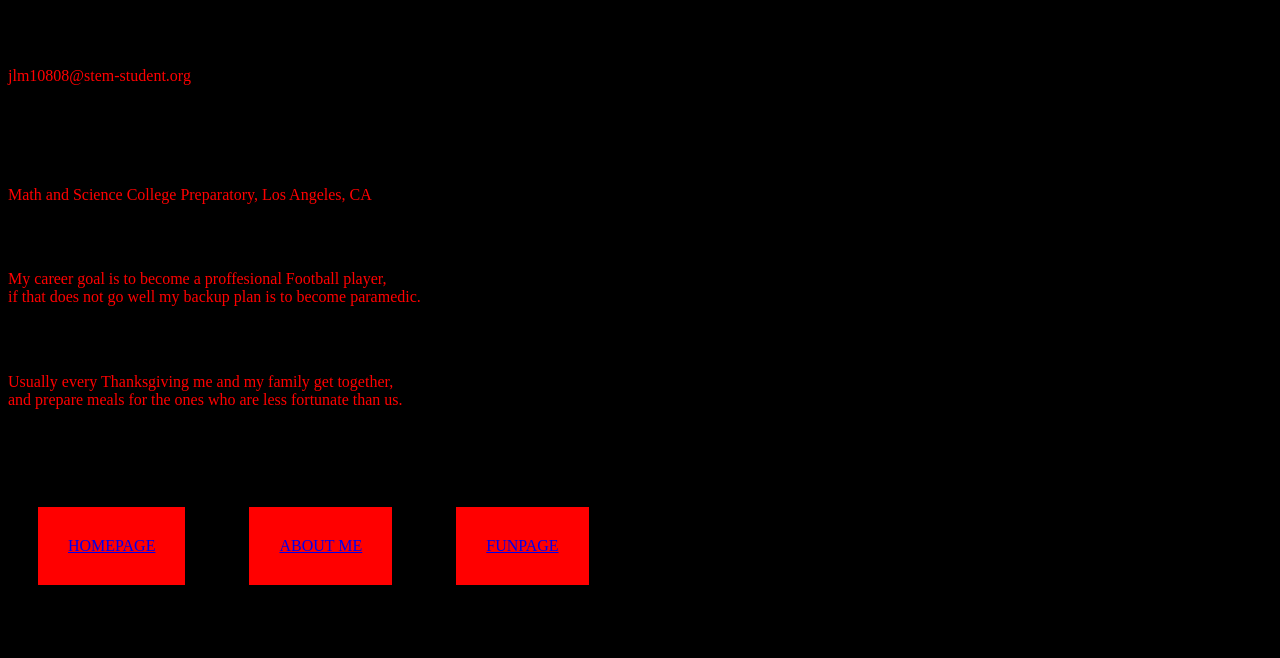
Repository: jlm10808/jlm10808github.io
Page: RESUME.html
The author's editor kept a record of every edit. The page is drawn from the files as they stood at one moment, then again after the next edit.
The browser window is 1280 px wide. The pictures show the whole page.

Above is the page before.

### RESUME.html
<!DOCTYPE html>
<html>
<meta charset="utf-8"/>
<link rel="stylesheet" type="text/css" href="style.css">
</head>
<body>

<h2>CONTACT INFORMATION</h2>
<p>jlm10808@stem-student.org</p><br>

<h2>EDUCATION</h2>
<p>Math and Science College Preparatory, Los Angeles, CA</p>

<h2>CAREER PLAN</h2>
<p>My career goal is to become a proffesional Football player,<br> if that does not go well my backup plan is to become paramedic.</p>

  <h2>VOLUNTEER EXPERIENCE</h2>
  <p>Usually every Thanksgiving me and my family get together,<br> and prepare meals for the ones who are less fortunate than us.</p>


  <ul>
  <li>Electives: Computer Science pathway</li>
  <li>Activities: Basketball Ball, Football</li>
  </ul>

  <div>
  <a href="HOMEPAGE.html">HOMEPAGE</a>
  <a href="ABOUTME.html"> ABOUT ME</a>
  <a href="FUNPAGE.html">FUNPAGE</a>
  </div>
  </body>
  </html>

### style.css


h1 {
    font-family: Impact, Charcoal, sans-serif;
    color: red;
    text-align: center;
}

.link {
    text-align: center;
}

a {
    display: inline-block;
    padding:30px;
    margin:30px;
    background-color:red;
    text-align: center;
}

img {
     margin-right: auto;
     color: red;

}

body {
    background-color:black;
}

p {font-family: oblique;
   color: red;
}

.grid {
  border::;
  width: 399px;
  height: 438px;
  display: grid;
}

.box {
  background-color: beige;
  color: black;
  border-radius: 100px;
}



.aboutme {
    display: inline-block;
    width:70%;
    float: right;
}

.aboutmepicture {
    display:inline-block;
    float:left;

After the next edit:
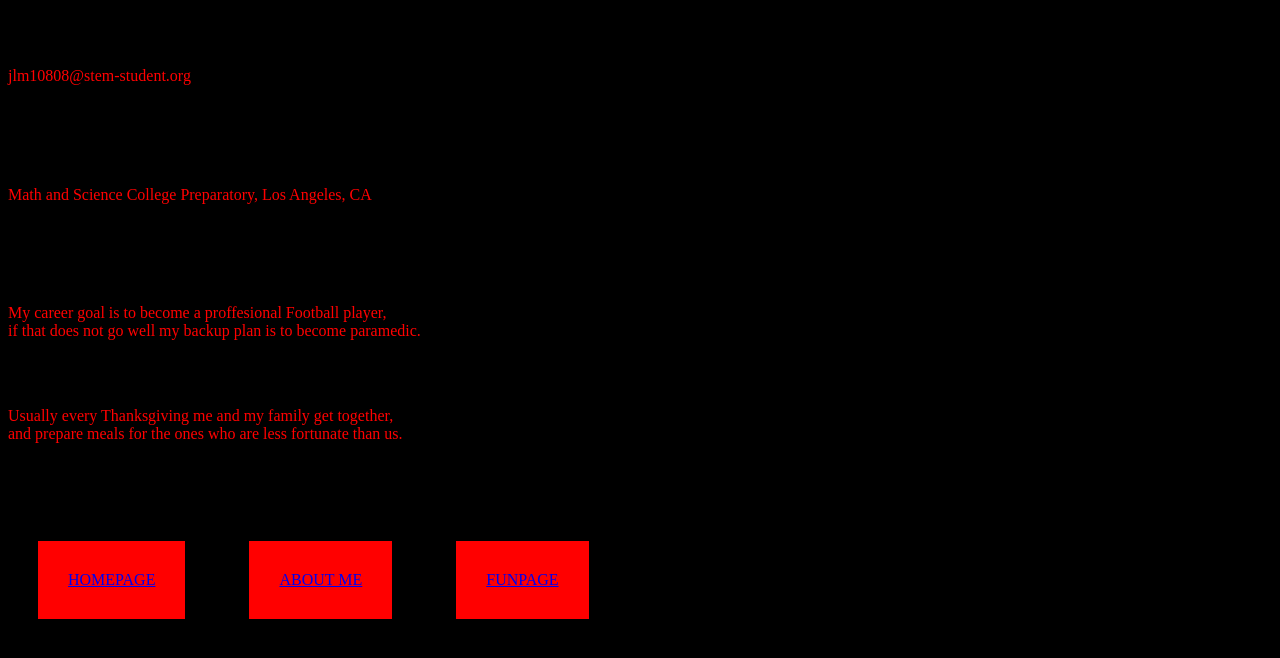
The edit:
--- a/RESUME.html
+++ b/RESUME.html
@@ -9,7 +9,7 @@
 <p>jlm10808@stem-student.org</p><br>
 
 <h2>EDUCATION</h2>
-<p>Math and Science College Preparatory, Los Angeles, CA</p>
+<p>Math and Science College Preparatory, Los Angeles, CA</p><br>
 
 <h2>CAREER PLAN</h2>
 <p>My career goal is to become a proffesional Football player,<br> if that does not go well my backup plan is to become paramedic.</p>
